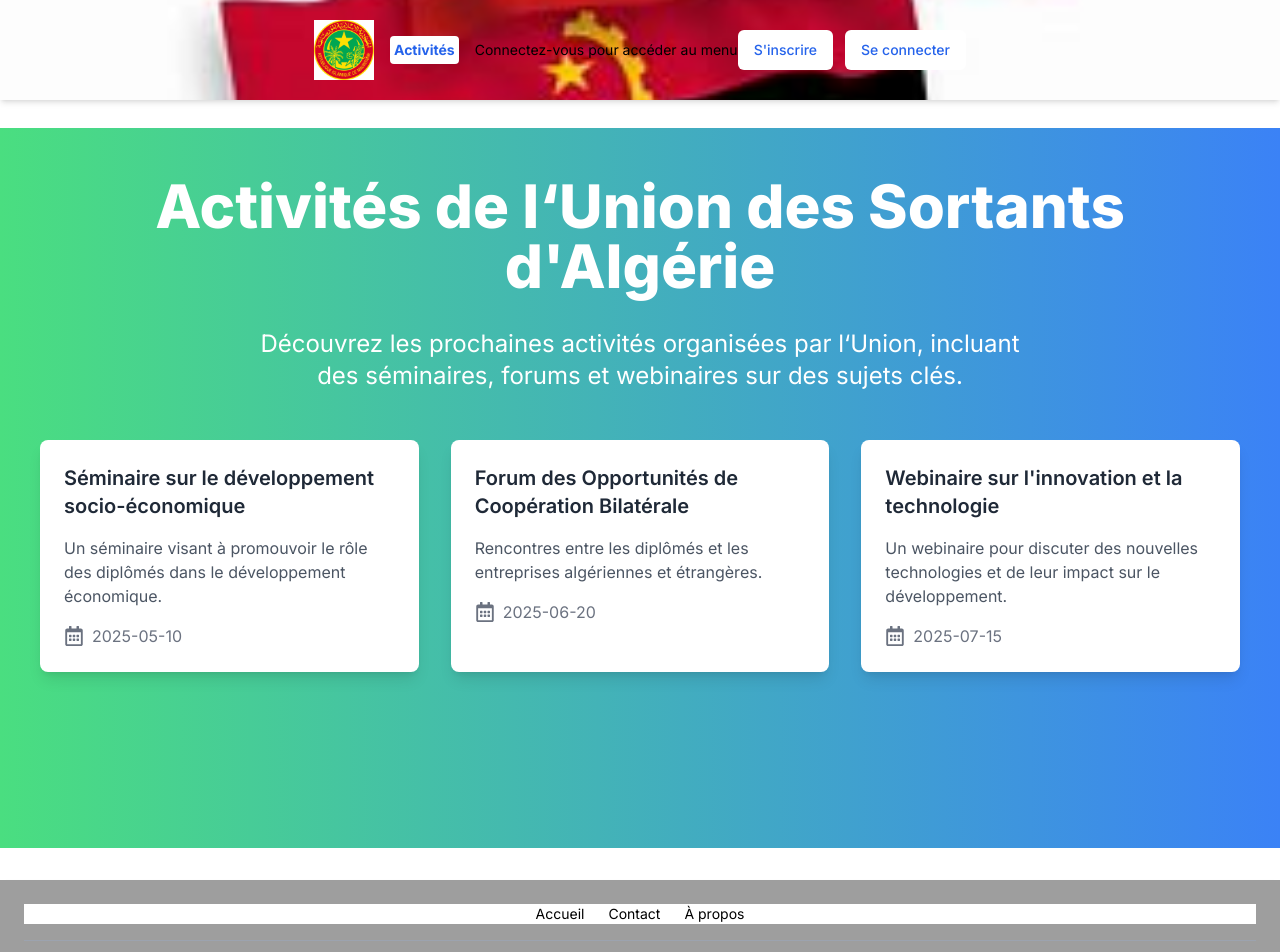
Repository: lamatmed/cmra
Page: /activites
These files come from the project's save history. The page is drawn as it stood at one moment and after the next save; the edit follows.
The browser window is 1280 px wide. The pictures show the part of the page from y = 0 to 952 px (the page is 997 px tall before and 989 px after).
Pictures or frames that could not be fetched are drawn as grey boxes. The project was rebuilt for these pictures with package versions that can differ from the ones it lists, and the page was loaded fresh each time. The framework's server and built-in components were replaced by stand-ins that run in the browser. Also part of the build but not shown: next.config.js, components/ui/dropdown-menu.tsx.

Above is the page before, as saved 2025-04-12 19:27:58.

### app/layout.tsx
import "./globals.css";
import type { Metadata } from "next";
import { Inter } from "next/font/google";
import { AuthProvider } from "@/components/AuthContext";
import NavBar from "@/components/NavBar";
import { Toaster } from "@/components/ui/toaster";
import Footer from "@/components/Footer";

const inter = Inter({ subsets: ["latin"] });

export const metadata: Metadata = {
  title: "Union des Sortants  d'Algérie",
  description: "Application",
  icons: "/logo.png",
};

export default function RootLayout({
  children,
}: {
  children: React.ReactNode;
}) {
  return (
    <html lang="fr" className={inter.className} suppressHydrationWarning>
      <body className="flex flex-col min-h-screen">
        <AuthProvider>
          <NavBar />
          <main className="flex-grow mt-7">{children}</main>
          <Footer />
        </AuthProvider>
        <Toaster /> {/* Placer Toaster en dehors d'AuthProvider pour éviter sa réinitialisation */}
      </body>
    </html>
  );
}

### app/activites/page.tsx
'use client';

import { motion } from "framer-motion";
import { FaRegCalendarAlt } from "react-icons/fa";

export default function ActivitiesPage() {
  const activities = [
    {
      id: 1,
      title: "Séminaire sur le développement socio-économique",
      description: "Un séminaire visant à promouvoir le rôle des diplômés dans le développement économique.",
      date: "2025-05-10",
    },
    {
      id: 2,
      title: "Forum des Opportunités de Coopération Bilatérale",
      description: "Rencontres entre les diplômés et les entreprises algériennes et étrangères.",
      date: "2025-06-20",
    },
    {
      id: 3,
      title: "Webinaire sur l'innovation et la technologie",
      description: "Un webinaire pour discuter des nouvelles technologies et de leur impact sur le développement.",
      date: "2025-07-15",
    },
  ];

  return (
    <section className="w-full min-h-screen bg-gradient-to-r from-green-400 to-blue-500 text-white px-8 md:px-10 py-12">
      <motion.h1
        className="text-3xl md:text-5xl lg:text-6xl font-extrabold text-center mb-8"
        initial={{ opacity: 0, y: -50 }}
        animate={{ opacity: 1, y: 0 }}
        transition={{ duration: 0.8 }}
      >
        Activités de l&lsquo;Union des Sortants d&apos;Algérie
      </motion.h1>

      <motion.p
        className="text-lg md:text-xl lg:text-2xl max-w-3xl mx-auto text-center mb-12"
        initial={{ opacity: 0, y: 20 }}
        animate={{ opacity: 1, y: 0 }}
        transition={{ delay: 0.3, duration: 0.8 }}
      >
        Découvrez les prochaines activités organisées par l&lsquo;Union, incluant des séminaires, forums et webinaires sur des sujets clés.
      </motion.p>

      <div className="grid gap-8 sm:grid-cols-1 md:grid-cols-2 lg:grid-cols-3">
        {activities.map((activity) => (
          <motion.div
            key={activity.id}
            className="bg-white text-gray-800 rounded-lg shadow-lg overflow-hidden"
            initial={{ opacity: 0, scale: 0.8 }}
            animate={{ opacity: 1, scale: 1 }}
            transition={{ duration: 0.8 }}
          >
            <div className="p-6">
              <h3 className="text-xl font-semibold mb-4">{activity.title}</h3>
              <p className="text-gray-600 mb-4">{activity.description}</p>
              <div className="flex items-center space-x-2 text-gray-500">
                <FaRegCalendarAlt className="w-5 h-5" />
                <span>{activity.date}</span>
              </div>
            </div>
          </motion.div>
        ))}
      </div>
    </section>
  );
}

### components/AuthContext.tsx
"use client";

import { createContext, useState, useEffect, useCallback } from "react";

interface User {
  nni: string;
  id: string;
  name: string;
  role: string;
  photo: string| undefined;
  address: string| undefined;
  job:  string| undefined;
  domain : string| undefined;
  cv: string| undefined
}

interface AuthContextType {
  user: User | null;
  isAuthenticated: boolean;
  login: (token: string) => void;
  logout: () => void;
}

export const AuthContext = createContext<AuthContextType | null>(null);

export function AuthProvider({ children }: { children: React.ReactNode }) {
  const [user, setUser] = useState<User | null>(null);
  const [isAuthenticated, setIsAuthenticated] = useState(false);

  // ✅ `fetchUser` est maintenant stable grâce à `useCallback`
  const fetchUser = useCallback((token: string) => {
    console.log("🔍 Envoi du token pour récupération de l'utilisateur...");

    fetch("/api/me", {
      headers: { Authorization: `Bearer ${token}` },
    })
      .then((res) => res.json())
      .then((data) => {
        console.log("🔍 Réponse API:", data);
        if (data.user) {
          setUser(data.user);
          setIsAuthenticated(true);
        } else {
          throw new Error("Utilisateur non trouvé");
        }
      })
      .catch((error) => {
        console.log("❌ Erreur lors de la récupération de l'utilisateur:", error);
        logout(); // Un seul appel ici
      });
  }, []);


  useEffect(() => {
    const token = localStorage.getItem("token");
    if (token) {
      fetchUser(token); // ✅ Plus de warning
    }
  }, [fetchUser]); // ✅ fetchUser est maintenant stable

  function login(token: string) {
    console.log("✅ Connexion réussie, stockage du token...");
    localStorage.setItem("token", token);
    fetchUser(token);
  }

  function logout() {
    console.log("🚪 Déconnexion, suppression du token...");
    localStorage.removeItem("token");
    setUser(null);
    setIsAuthenticated(false);
  }

  return (
    <AuthContext.Provider value={{ user, isAuthenticated, login, logout }}>
      {children}
    </AuthContext.Provider>
  );
}

### components/NavBar.tsx
"use client";

import { useContext, useState } from "react";
import { AuthContext } from "@/components/AuthContext";
import { useRouter } from "next/navigation";
import { Button } from "@/components/ui/button";
import {
  DropdownMenu,
  DropdownMenuContent,
  DropdownMenuItem,
  DropdownMenuLabel,
  DropdownMenuSeparator,
  DropdownMenuTrigger,
  DropdownMenuPortal,
} from "@/components/ui/dropdown-menu";
import { MainNav } from "./main-nav";
import { Menu, X } from "lucide-react"; // Icônes menu
import Image from "next/image";
import Link from "next/link";

export default function NavBar() {
  const { user, isAuthenticated, logout } = useContext(AuthContext)!;
  const router = useRouter();
  const [menuOpen, setMenuOpen] = useState(false);

  function handleLogout() {
    logout();
    router.push("/login");
  }

  return (
    <nav
    className="p-4 bg-gray-300 shadow-md flex items-center justify-between"
      style={{
        backgroundImage: "url('/up.jpg')",
        backgroundRepeat: "no-repeat",
        backgroundPosition: "center",
        backgroundSize: "cover",
        height: "100px",
        display: "flex",
        justifyContent: "center",
        alignItems: "center",
      }}
  >
      {/* Logo + Menu mobile */}
      <div className="flex items-center space-x-4">
        <Link href="/">
          <Image src={"/rim.jpg"} alt="logo" width={60} height={60} />
        </Link>
        <a
          href="/activites"
          className="text-sm font-bold text-blue-600 hover:text-blue-900 bg-white p-1 rounded"
        >
          Activités
        </a>

        {/* Bouton Menu Mobile */}
        <button
          className="md:hidden p-2 rounded-md text-black hover:bg-gray-200 transition bg-white"
          onClick={() => setMenuOpen(!menuOpen)}
        >
          {menuOpen ? <X className="w-6 h-6" /> : <Menu className="w-6 h-6" />}
        </button>

        {/* Navigation Desktop */}
        <div className="hidden md:block">
          <MainNav />
        </div>
      </div>

      {/* Menu Mobile */}
      {menuOpen && (
        <div className="absolute top-16 left-0 w-full bg-gray-300 shadow-lg flex flex-col p-4 space-y-3 md:hidden">
          <MainNav />
          {!isAuthenticated && (
            <>
              <Button
                onClick={() => {
                  router.push("/register");
                  setMenuOpen(false);
                }}
                className="bg-white text-blue-600 w-full"
              >
                S&apos;inscrire
              </Button>
              <Button
                onClick={() => {
                  router.push("/login");
                  setMenuOpen(false);
                }}
                className="bg-white text-blue-600 w-full"
              >
                Se connecter
              </Button>
            </>
          )}
        </div>
      )}

      {/* Menu déroulant utilisateur */}
      {isAuthenticated && user ? (
        <DropdownMenu>
          <DropdownMenuTrigger asChild>
            <Button
              variant="outline"
              className="bg-white text-blue-600 flex items-center space-x-2"
            >
              <Image
                src={user.photo && user.photo !== "" ? user.photo : "/logo.png"}
                alt={`Photo de ${user.name}`}
                width={32}
                height={32}
                className="w-8 h-8 rounded-full object-cover"
              />
              <span>{user.name}</span>
            </Button>
          </DropdownMenuTrigger>
          <DropdownMenuPortal>
            <DropdownMenuContent>
              <DropdownMenuLabel>
                <div className="flex items-center space-x-2">
                  <Image
                    src={user.photo && user.photo !== "" ? user.photo : "/R.png"}
                    alt={`Photo de ${user.name}`}
                    width={32}
                    height={32}
                    className="w-8 h-8 rounded-full object-cover"
                  />
                  <div>
                    <p className="font-semibold">{user.name}</p>
                    <p className="text-sm text-gray-500">
                      Connecté en tant que {user.role}
                    </p>
                  </div>
                </div>
              </DropdownMenuLabel>
              <DropdownMenuSeparator />
              <DropdownMenuItem
                onClick={() => {
                  handleLogout();
                  setMenuOpen(false);
                }}
                className="cursor-pointer text-red-500"
              >
                Déconnexion
              </DropdownMenuItem>
            </DropdownMenuContent>
          </DropdownMenuPortal>
        </DropdownMenu>
      ) : (
        // Boutons "Se connecter" et "S'inscrire" uniquement si l'utilisateur n'est pas connecté
        <div className="hidden md:flex space-x-3">
          <Button
            onClick={() => router.push("/register")}
            className="bg-white text-blue-600"
          >
            S&apos;inscrire
          </Button>
          <Button
            onClick={() => router.push("/login")}
            className="bg-white text-blue-600"
          >
            Se connecter
          </Button>
        </div>
      )}
    </nav>
  );
}

### components/ui/toaster.tsx
'use client';

import { useToast } from '@/hooks/use-toast';
import {
  Toast,
  ToastClose,
  ToastDescription,
  ToastProvider,
  ToastTitle,
  ToastViewport,
} from '@/components/ui/toast';

export function Toaster() {
  const { toasts } = useToast();

  return (
    <ToastProvider>
      {toasts.map(function ({ id, title, description, action, ...props }) {
        return (
          <Toast key={id} {...props}>
            <div className="grid gap-1">
              {title && <ToastTitle>{title}</ToastTitle>}
              {description && (
                <ToastDescription>{description}</ToastDescription>
              )}
            </div>
            {action}
            <ToastClose />
          </Toast>
        );
      })}
      <ToastViewport />
    </ToastProvider>
  );
}

### components/Footer.tsx
"use client";

import Link from "next/link";
import { motion } from "framer-motion";

const Footer = () => {
  return (
    <motion.footer
      initial={{ opacity: 0, y: 20 }}
      animate={{ opacity: 1, y: 0 }}
      transition={{ duration: 0.6 }}
      className="w-full py-6 bg-gradient-to-r from-gray-900 to-gray-700 text-white shadow-md mt-8"
      style={{
        backgroundImage: "url('/uda.jpg')", // Remplace par ton image
        backgroundSize: "cover",
        backgroundPosition: "center",
      }}
    >
      <div className="container mx-auto px-6 max-w-7xl text-center">
        {/* Liens rapides */}
        <nav className="mb-4 flex justify-center space-x-6 bg-white text-black">
          <Link href="/" className="text-sm hover:bg-blue-400 transition ">
            Accueil
          </Link>
          <Link
            href="/contact"
            className="text-sm hover:text-blue-900transition hover:bg-blue-400 "
          >
            Contact
          </Link>
          <Link
            href="/about"
            className="text-sm hover:bg-blue-400 transition"
          >
            À propos
          </Link>
        </nav>

        {/* Copyright */}
        <div className="border-t border-gray-400 pt-4 text-center px-2 sm:px-4">
          <p className="text-[10px] sm:text-xs text-black whitespace-nowrap bg-white">
            © {new Date().getFullYear()}{" "}
            <span className="font-bold">الجالية الموريتانية في انغولا</span>
            . كل الحقوق محفوظة
          </p>
        </div>
      </div>
    </motion.footer>
  );
};

export default Footer;

### components/ui/button.tsx
import * as React from 'react';
import { Slot } from '@radix-ui/react-slot';
import { cva, type VariantProps } from 'class-variance-authority';

import { cn } from '@/lib/utils';

const buttonVariants = cva(
  'inline-flex items-center justify-center whitespace-nowrap rounded-md text-sm font-medium ring-offset-background transition-colors focus-visible:outline-none focus-visible:ring-2 focus-visible:ring-ring focus-visible:ring-offset-2 disabled:pointer-events-none disabled:opacity-50',
  {
    variants: {
      variant: {
        default: 'bg-primary text-primary-foreground hover:bg-primary/90',
        destructive:
          'bg-destructive text-destructive-foreground hover:bg-destructive/90',
        outline:
          'border border-input bg-background hover:bg-accent hover:text-accent-foreground',
        secondary:
          'bg-secondary text-secondary-foreground hover:bg-secondary/80',
        ghost: 'hover:bg-accent hover:text-accent-foreground',
        link: 'text-primary underline-offset-4 hover:underline',
      },
      size: {
        default: 'h-10 px-4 py-2',
        sm: 'h-9 rounded-md px-3',
        lg: 'h-11 rounded-md px-8',
        icon: 'h-10 w-10',
      },
    },
    defaultVariants: {
      variant: 'default',
      size: 'default',
    },
  }
);

export interface ButtonProps
  extends React.ButtonHTMLAttributes<HTMLButtonElement>,
    VariantProps<typeof buttonVariants> {
  asChild?: boolean;
}

const Button = React.forwardRef<HTMLButtonElement, ButtonProps>(
  ({ className, variant, size, asChild = false, ...props }, ref) => {
    const Comp = asChild ? Slot : 'button';
    return (
      <Comp
        className={cn(buttonVariants({ variant, size, className }))}
        ref={ref}
        {...props}
      />
    );
  }
);
Button.displayName = 'Button';

export { Button, buttonVariants };

### components/main-nav.tsx
"use client"

import Link from "next/link"
import { usePathname } from "next/navigation"
import { useContext } from "react"
import { AuthContext } from "@/components/AuthContext"
import { cn } from "@/lib/utils"
import {
  Users,
  Clipboard,
  ComputerIcon ,
  LayoutDashboard
} from "lucide-react"

type NavigationItem = {
  name: string;
  href: string;
  icon: React.ComponentType<any>;
}

type Navigation = {
  ADMIN: NavigationItem[];
  USER: NavigationItem[];

}

const navigation: Navigation = {
  ADMIN: [
    { name: "Tableau de bord", href: "/dashboard", icon: LayoutDashboard },

    { name: "Mon espace", href: "/dashboard/espace-user", icon: ComputerIcon},
    { name: "Mombres", href: "/dashboard/users", icon: Users },
    { name: "Election", href: "/dashboard/config-vote", icon: Clipboard },
  ],
  USER: [
    { name: "Tableau de bord", href: "/dashboard", icon: LayoutDashboard },
    { name: "Mon espace", href: "/dashboard/espace-user", icon: Users },

  ],

}

export function MainNav() {
  const pathname = usePathname()
  const { user, isAuthenticated } = useContext(AuthContext)!;

  // Vérifier le rôle de l'utilisateur
  const userRole = user?.role || "USER";
  const allowedNavigation = navigation[userRole as keyof Navigation] || navigation.USER;

  return (
    <nav className="flex flex-col md:flex-row items-center md:space-x-6 space-y-2 md:space-y-0">
      {isAuthenticated && user ? (
        allowedNavigation.map((item) => {
          const Icon = item.icon
          const isActive = pathname === item.href

          return (
            <Link
              key={item.href}
              href={item.href}
              className={cn(
                "flex items-center text-sm font-medium transition-colors duration-200 px-4 py-2 rounded-lg w-full md:w-auto",
                isActive
                  ? "text-blue-600 bg-gray-100 md:border-b-2 border-blue-600"
                  : "text-gray-700 bg-white hover:text-blue-500 hover:bg-gray-100"
              )}
            >
              <Icon className="mr-2 h-5 w-5" />
              {item.name}
            </Link>
          )
        })
      ) : (
        <span className="text-black text-sm">Connectez-vous pour accéder au menu</span>
      )}
    </nav>
  )
}

### hooks/use-toast.ts
'use client';

import { ToastActionElement, ToastProps } from '@/components/ui/toast';
// Inspired by react-hot-toast library
import * as React from 'react';



const TOAST_LIMIT = 1;
const TOAST_REMOVE_DELAY = 1000000;

type ToasterToast = ToastProps& {
  id: string;
  title?: React.ReactNode;
  description?: React.ReactNode;
  action?: ToastActionElement;
};

const actionTypes = {
  ADD_TOAST: 'ADD_TOAST',
  UPDATE_TOAST: 'UPDATE_TOAST',
  DISMISS_TOAST: 'DISMISS_TOAST',
  REMOVE_TOAST: 'REMOVE_TOAST',
} as const;

let count = 0;

function genId() {
  count = (count + 1) % Number.MAX_SAFE_INTEGER;
  return count.toString();
}

type ActionType = typeof actionTypes;

type Action =
  | {
      type: ActionType['ADD_TOAST'];
      toast: ToasterToast;
    }
  | {
      type: ActionType['UPDATE_TOAST'];
      toast: Partial<ToasterToast>;
    }
  | {
      type: ActionType['DISMISS_TOAST'];
      toastId?: ToasterToast['id'];
    }
  | {
      type: ActionType['REMOVE_TOAST'];
      toastId?: ToasterToast['id'];
    };

interface State {
  toasts: ToasterToast[];
}

const toastTimeouts = new Map<string, ReturnType<typeof setTimeout>>();

const addToRemoveQueue = (toastId: string) => {
  if (toastTimeouts.has(toastId)) {
    return;
  }

  const timeout = setTimeout(() => {
    toastTimeouts.delete(toastId);
    dispatch({
      type: 'REMOVE_TOAST',
      toastId: toastId,
    });
  }, TOAST_REMOVE_DELAY);

  toastTimeouts.set(toastId, timeout);
};

export const reducer = (state: State, action: Action): State => {
  switch (action.type) {
    case 'ADD_TOAST':
      return {
        ...state,
        toasts: [action.toast, ...state.toasts].slice(0, TOAST_LIMIT),
      };

    case 'UPDATE_TOAST':
      return {
        ...state,
        toasts: state.toasts.map((t) =>
          t.id === action.toast.id ? { ...t, ...action.toast } : t
        ),
      };

    case 'DISMISS_TOAST': {
      const { toastId } = action;

      // ! Side effects ! - This could be extracted into a dismissToast() action,
      // but I'll keep it here for simplicity
      if (toastId) {
        addToRemoveQueue(toastId);
      } else {
        state.toasts.forEach((toast) => {
          addToRemoveQueue(toast.id);
        });
      }

      return {
        ...state,
        toasts: state.toasts.map((t) =>
          t.id === toastId || toastId === undefined
            ? {
                ...t,
                open: false,
              }
            : t
        ),
      };
    }
    case 'REMOVE_TOAST':
      if (action.toastId === undefined) {
        return {
          ...state,
          toasts: [],
        };
      }
      return {
        ...state,
        toasts: state.toasts.filter((t) => t.id !== action.toastId),
      };
  }
};

const listeners: Array<(state: State) => void> = [];

let memoryState: State = { toasts: [] };

function dispatch(action: Action) {
  memoryState = reducer(memoryState, action);
  listeners.forEach((listener) => {
    listener(memoryState);
  });
}

type Toast = Omit<ToasterToast, 'id'>;

function toast({ ...props }: Toast) {
  const id = genId();

  const update = (props: ToasterToast) =>
    dispatch({
      type: 'UPDATE_TOAST',
      toast: { ...props, id },
    });
  const dismiss = () => dispatch({ type: 'DISMISS_TOAST', toastId: id });

  dispatch({
    type: 'ADD_TOAST',
    toast: {
      ...props,
      id,
      open: true,
      onOpenChange: (open) => {
        if (!open) dismiss();
      },
    },
  });

  return {
    id: id,
    dismiss,
    update,
  };
}

function useToast() {
  const [state, setState] = React.useState<State>(memoryState);

  React.useEffect(() => {
    listeners.push(setState);
    return () => {
      const index = listeners.indexOf(setState);
      if (index > -1) {
        listeners.splice(index, 1);
      }
    };
  }, [state]);

  return {
    ...state,
    toast,
    dismiss: (toastId?: string) => dispatch({ type: 'DISMISS_TOAST', toastId }),
  };
}

export { useToast, toast };

Loaded but not shown: app/globals.css (common file); lib/utils.ts (common file); tailwind.config.ts (common file); components/ui/toast.tsx (129 lines, source omitted)

After the next save:
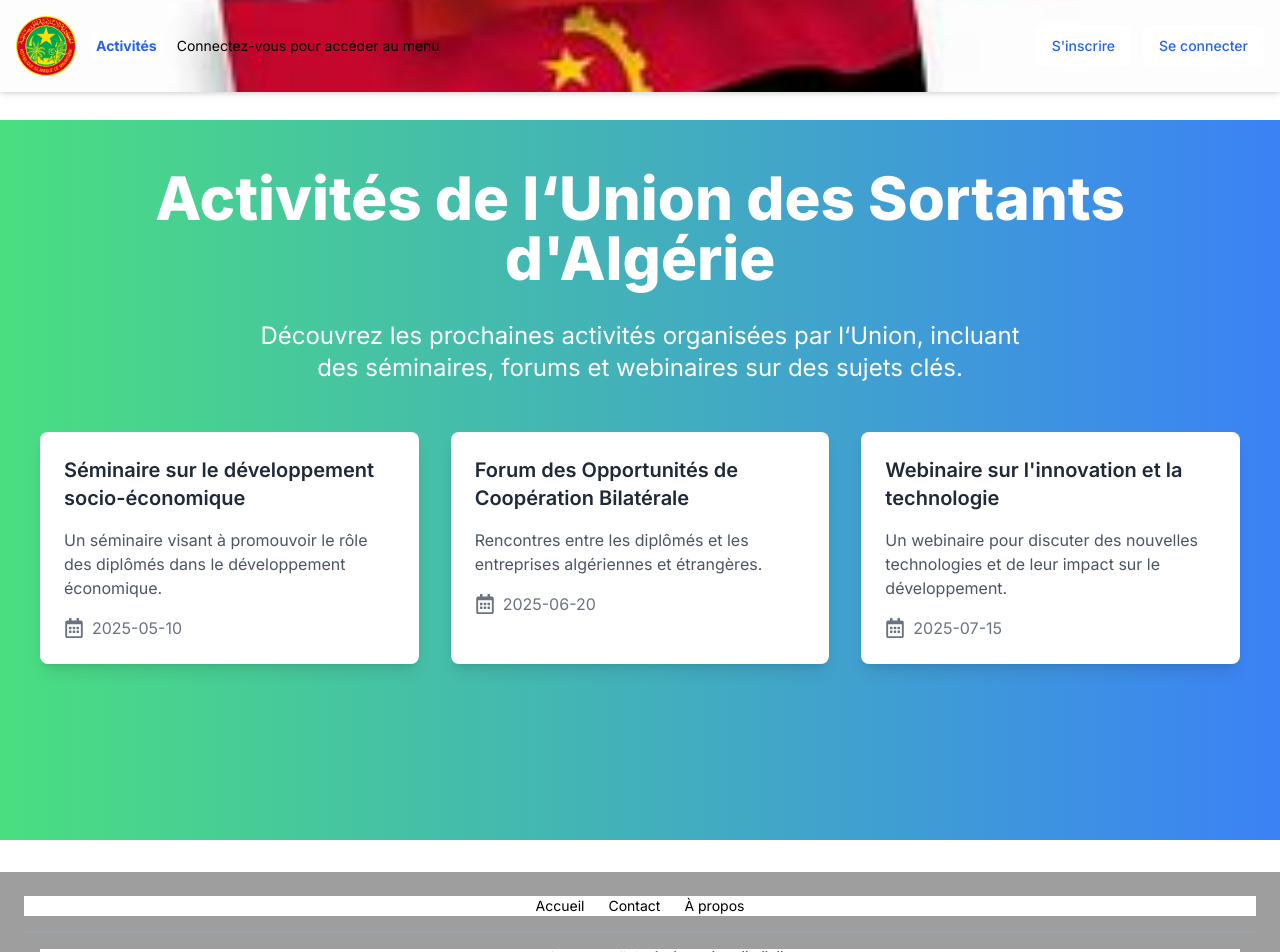
Saved 43 s later.
--- a/components/NavBar.tsx
+++ b/components/NavBar.tsx
@@ -31,16 +31,12 @@
   return (
     <nav
     className="p-4 bg-gray-300 shadow-md flex items-center justify-between"
-      style={{
-        backgroundImage: "url('/up.jpg')",
-        backgroundRepeat: "no-repeat",
-        backgroundPosition: "center",
-        backgroundSize: "cover",
-        height: "100px",
-        display: "flex",
-        justifyContent: "center",
-        alignItems: "center",
-      }}
+    style={{
+      backgroundImage: "url('/up.jpg')",
+      backgroundRepeat: "no-repeat",
+      backgroundPosition: "center",
+      backgroundSize: "cover", // ✅ Remplit tout l'espace dispo
+    }}
   >
       {/* Logo + Menu mobile */}
       <div className="flex items-center space-x-4">
